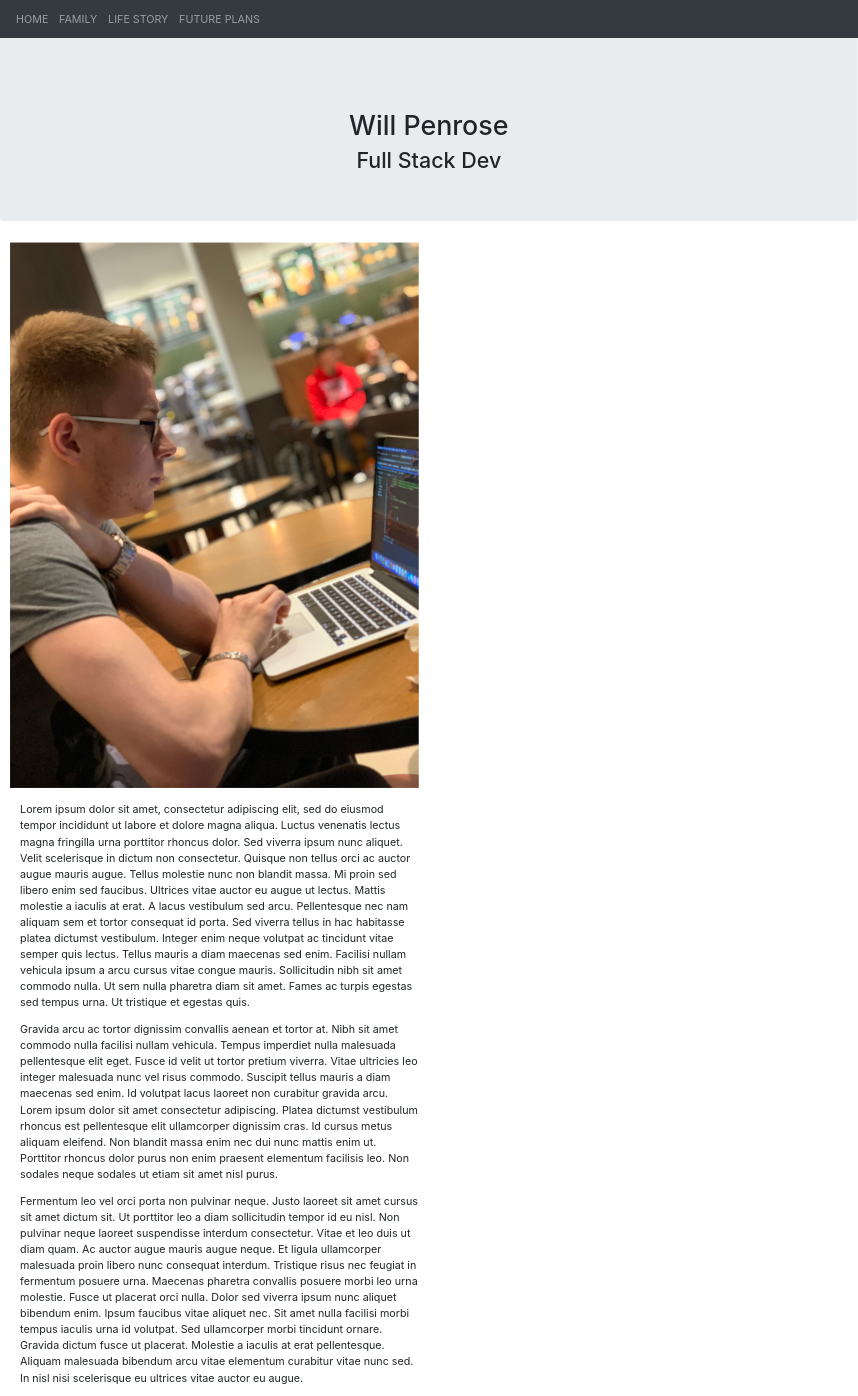
Repository: Code-Institute-Submissions/user-centric-frontend-dev-milestone-project
Page: index.html
The author's editor kept a record of every edit. The page is drawn from the files as they stood at one moment, then again after the next edit.
The browser window is 1280 px wide. The pictures show the whole page, at 67% of full size.

Above is the page before.

### index.html
<!DOCTYPE html>
<html lang="en">

<head>
    <meta charset="UTF-8">
    <meta name="viewport" content="width=device-width, initial-scale=1.0">
    <meta http-equiv="X-UA-Compatible" content="ie=edge">
    <link rel="stylesheet" href="assets/css/style.css" type="text/css" />
    <link rel="stylesheet" href="https://stackpath.bootstrapcdn.com/font-awesome/4.7.0/css/font-awesome.min.css" type="text/css" />
    <link rel="stylesheet" href="https://stackpath.bootstrapcdn.com/bootstrap/4.3.1/css/bootstrap.min.css" type="text/css" />
    <title>Will Penrose Autobiography</title>
</head>

<body>
    <header>
        <!--------------------------------------NAVBAR----------------------------->

        <nav class="navbar navbar-expand-sm bg-dark navbar-dark fixed-top text-uppercase">
            <button class="navbar-toggler" data-toggle="collapse" data-target="#collapse_target">
                <span class="navbar-toggler-icon"></span>
            </button>
            <div class="collapse navbar-collapse" id="collapse_target">
                <ul class="navbar-nav">
                    <li class="nav-item">
                        <a class="nav-link" href="#">Home</a>
                    </li>
                    <li class="nav-item">
                        <a class="nav-link" href="#">Family</a>
                    </li>
                    <li class="nav-item">
                        <a class="nav-link" href="#">Life Story</a>
                    </li>
                    <li class="nav-item">
                        <a class="nav-link" href="#">Future Plans</a>
                    </li>
                </ul>
            </div>
        </nav>
        <!--------------------------------------JUMBOTRON----------------------------->
        <div class="container-fluid">
            <div class="row jumbotron">
                <div class="col-12 heading">
                    <h1 class="name">Will Penrose</h1>
                    <h2 class="title">Full Stack Dev</h2>
                </div>
            </div>
        </div>
    </header>

    <!--------------------------------------MAIN IMAGE AND PARAGRAPHS----------------------------->

    <section>
        <div class="container-fluid">
            <div class="row">
                <div class="col-sm-12 col-md-12 col-lg-6">
                    <img src="assets/images/will.jpg" class="image"></img>
                </div>
            </div>
            <div class="col-sm-12 col-md-12 col-lg-6 home-paragraphs">
                <p>
                    Lorem ipsum dolor sit amet, consectetur adipiscing elit, sed do eiusmod tempor incididunt ut labore et dolore magna aliqua. Luctus venenatis lectus magna fringilla urna porttitor rhoncus dolor. Sed viverra ipsum nunc aliquet. Velit scelerisque in dictum
                    non consectetur. Quisque non tellus orci ac auctor augue mauris augue. Tellus molestie nunc non blandit massa. Mi proin sed libero enim sed faucibus. Ultrices vitae auctor eu augue ut lectus. Mattis molestie a iaculis at erat. A lacus
                    vestibulum sed arcu. Pellentesque nec nam aliquam sem et tortor consequat id porta. Sed viverra tellus in hac habitasse platea dictumst vestibulum. Integer enim neque volutpat ac tincidunt vitae semper quis lectus. Tellus mauris a
                    diam maecenas sed enim. Facilisi nullam vehicula ipsum a arcu cursus vitae congue mauris. Sollicitudin nibh sit amet commodo nulla. Ut sem nulla pharetra diam sit amet. Fames ac turpis egestas sed tempus urna. Ut tristique et egestas
                    quis.
                </p>
                <p>
                    Gravida arcu ac tortor dignissim convallis aenean et tortor at. Nibh sit amet commodo nulla facilisi nullam vehicula. Tempus imperdiet nulla malesuada pellentesque elit eget. Fusce id velit ut tortor pretium viverra. Vitae ultricies leo integer malesuada
                    nunc vel risus commodo. Suscipit tellus mauris a diam maecenas sed enim. Id volutpat lacus laoreet non curabitur gravida arcu. Lorem ipsum dolor sit amet consectetur adipiscing. Platea dictumst vestibulum rhoncus est pellentesque elit
                    ullamcorper dignissim cras. Id cursus metus aliquam eleifend. Non blandit massa enim nec dui nunc mattis enim ut. Porttitor rhoncus dolor purus non enim praesent elementum facilisis leo. Non sodales neque sodales ut etiam sit amet
                    nisl purus.
                </p>
                <p>
                    Fermentum leo vel orci porta non pulvinar neque. Justo laoreet sit amet cursus sit amet dictum sit. Ut porttitor leo a diam sollicitudin tempor id eu nisl. Non pulvinar neque laoreet suspendisse interdum consectetur. Vitae et leo duis ut diam quam. Ac
                    auctor augue mauris augue neque. Et ligula ullamcorper malesuada proin libero nunc consequat interdum. Tristique risus nec feugiat in fermentum posuere urna. Maecenas pharetra convallis posuere morbi leo urna molestie. Fusce ut placerat
                    orci nulla. Dolor sed viverra ipsum nunc aliquet bibendum enim. Ipsum faucibus vitae aliquet nec. Sit amet nulla facilisi morbi tempus iaculis urna id volutpat. Sed ullamcorper morbi tincidunt ornare. Gravida dictum fusce ut placerat.
                    Molestie a iaculis at erat pellentesque. Aliquam malesuada bibendum arcu vitae elementum curabitur vitae nunc sed. In nisl nisi scelerisque eu ultrices vitae auctor eu augue.
                </p>
            </div>
        </div>
    </section>

    <footer>

    </footer>
</body>

</html>

### assets/css/style.css

/*---------------------------Heading*/
.heading {
    text-align: center;
    margin: 0;
    padding-top: 100px;
}

img {
    width: 100%;
    height: 100%;
}

/*----------------------Text*/

.home-paragraphs {
    position: absolute;
    padding-top: 20px
}

@media (max-width: 768px) {
    .home-paragraphs {
        padding-top: 20px;
    }
}

After the next edit:
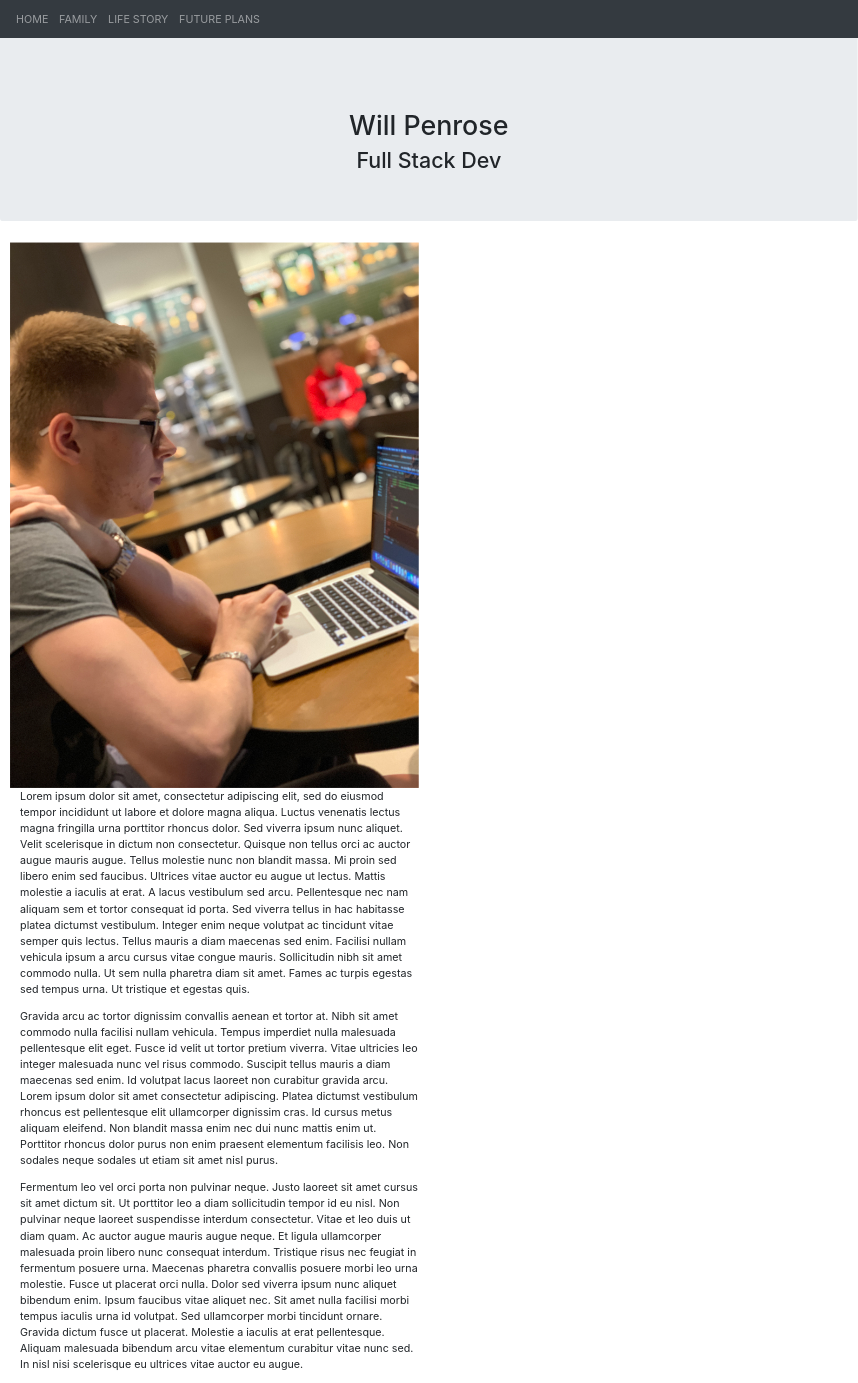
The edit:
--- a/assets/css/style.css
+++ b/assets/css/style.css
@@ -15,8 +15,9 @@
 
 .home-paragraphs {
     position: absolute;
-    padding-top: 20px
 }
+
+/*----------------------Media Quires*/
 
 @media (max-width: 768px) {
     .home-paragraphs {
